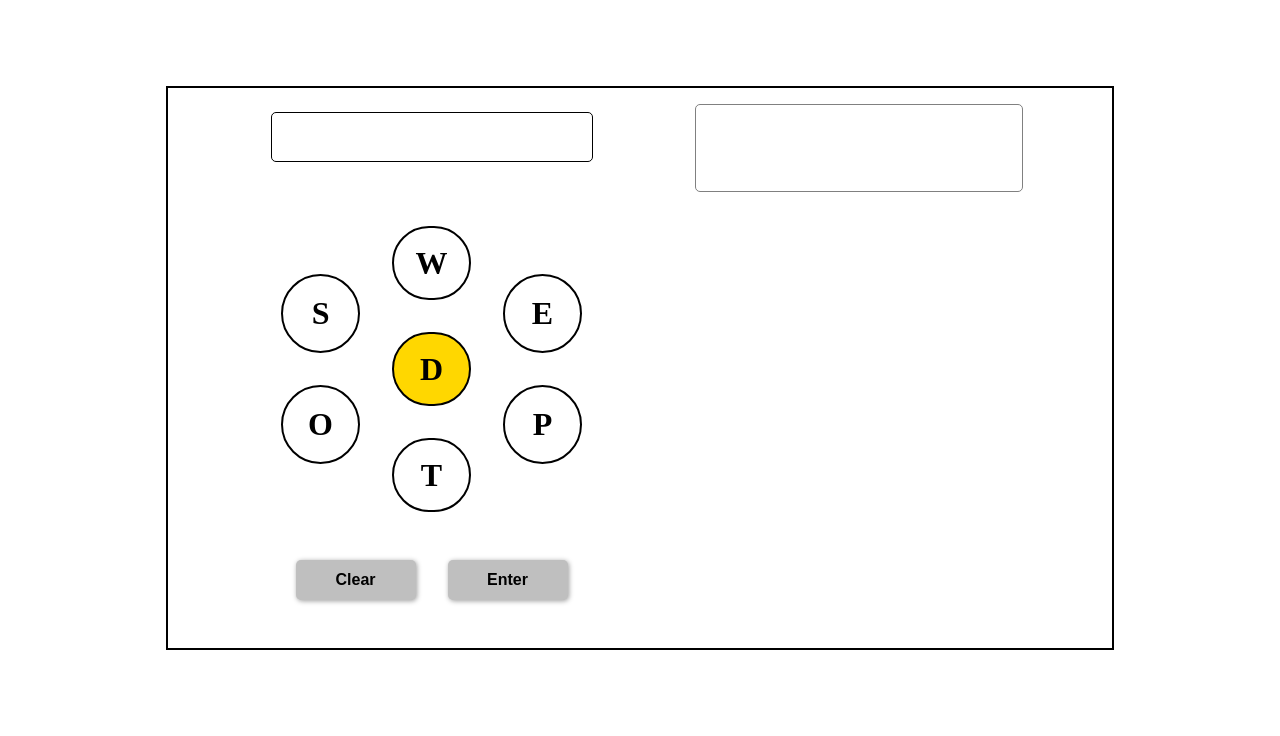
Repository: wellgordon/spelling-bee-clone
Page: /game
These files come from the project's save history. The page is drawn as it stood at one moment and after the next save; the edit follows.
The browser window is 1280 px wide. The pictures show the whole page.
The project was rebuilt for these pictures with package versions that can differ from the ones it lists, and the page was loaded fresh each time. Also part of the build but not shown: src/index.css, src/components/Home.tsx.

Above is the page before, as saved 2022-01-28 18:53:17.

### src/App.tsx
import React from 'react';
import Game from './components/Game';
import { BrowserRouter as Router, Route, Routes } from 'react-router-dom';
import Home from './components/Home';

const App = () => {
  return (
    <Router>
      <Routes>
        <Route path="/" element={<Home />} />
        <Route path="/game" element={<Game />} />
      </Routes>
    </Router>
  );
};

export default App;

### src/components/Game.tsx
import React, { useState } from 'react';
import { words } from '../constants/words';
import GameUI from './GameUI';

const Game = () => {
  const [bufferText, setBufferText] = useState('');
  const [isSpecialLetter, setIsSpecialLetter] = useState(false);
  const [foundWords, setFoundWords] = useState<string[]>([]);

  const handleClick = (e: any) => {
    if (bufferText.length > 10) {
      setBufferText('Too Long!');
      setTimeout(() => {
        setBufferText('');
      }, 500);
    } else {
      setBufferText((prev) => prev + e.target.innerText);
    }
  };

  const handleCenterClick = (e: string) => {
    setIsSpecialLetter(true);
    handleClick(e);
  };

  const handleClear = () => {
    setBufferText('');
  };

  const handleSubmit = () => {
    if (bufferText.length < 4) {
      setBufferText('Too short!');
      setIsSpecialLetter(false);
      setTimeout(() => {
        setBufferText('');
      }, 500);
    } else if (!isSpecialLetter) {
      setBufferText('Need to use letter of the day!');
      setTimeout(() => {
        setBufferText('');
      }, 500);
    } else if (foundWords?.includes(bufferText)) {
      setBufferText('Oops, already got that one!');
      setIsSpecialLetter(false);
      setTimeout(() => {
        setBufferText('');
      }, 500);
    } else {
      if (words.includes(bufferText.toLowerCase())) {
        setFoundWords((prev) => [...prev, bufferText]);
        setIsSpecialLetter(false);
        setBufferText('');
      } else {
        setBufferText('Sorry, not a word...');
        setIsSpecialLetter(false);
        setTimeout(() => {
          setBufferText('');
        }, 500);
      }
    }
  };

  return (
    <GameUI
      handleClick={handleClick}
      handleCenterClick={handleCenterClick}
      bufferText={bufferText}
      handleClear={handleClear}
      handleSubmit={handleSubmit}
      foundWords={foundWords}
    />
  );
};

export default Game;

### src/constants/words.ts
export const words = [
  'depot',
  'depots',
  'despot',
  'dews',
  'does',
  'doest',
  'dope',
  'dopes',
  'dose',
  'dote',
  'dotes',
  'dots',
  'dowse',
  'dowset',
  'odes',
  'opted',
  'opts',
  'owed',
  'owes',
  'peso',
  'pest',
  'pesto',
  'pets',
  'pews',
  'pods',
  'poet',
  'poets',
  'pose',
  'posed',
  'post',
  'posted',
  'pots',
  'sowed',
  'sped',
  'spot',
  'step',
  'stew',
  'stop',
  'stow',
  'stowed',
  'swept',
  'swop',
  'swopt',
  'toed',
  'toes',
  'tops',
  'towed',
  'tows',
  'twos',
  'weds',
  'wept',
  'west',
  'wets',
  'woes',
];

const wordLists = [
  {
    letters: ['D', 'O', 'W', 'A', 'P', 'L', 'K'],
    words: [
      'dawk',
      'walk',
      'pawl',
      'plow',
      'kola',
      'plod',
      'wold',
      'alow',
      'apod',
      'awol',
      'dopa',
      'opal',
      'woad',
      'load',
      'polka',
      'waldo',
      'woald',
    ],
  },
  {
    letters: ['E', 'V', 'L', 'A', 'W', 'R', 'G'],
    words: [
      'gravel',
      'argle',
      'gavel',
      'glare',
      'grave',
      'lager',
      'large',
      'laver',
      'ravel',
      'regal',
      'velar',
      'wager',
      'waler',
      'waver',
      'ager',
      'areg',
      'aver',
      'earl',
      'egal',
      'gale',
      'gave',
      'gear',
      'grew',
      'lave',
      'lear',
      'leva',
      'rage',
      'rale',
      'rave',
      'real',
      'vale',
      'veal',
      'vega',
      'vela',
      'vera',
      'wage',
      'wale',
      'ware',
      'wave',
      'weal',
      'wear',
    ],
  },
];

### src/components/GameUI.tsx
import React, { useState } from 'react';
import Game from './Game';
import {
  MainContainer,
  SubContainer,
  Accordion,
  FoundText,
  TriangleUp,
  TriangleDown,
  InputText,
  SideColumn,
  Circle,
  CenterColumn,
  CenterCircle,
  ButtonContainer,
  Button,
  GameContainer,
  LeftSide,
} from './styled/Styles';

type Props = {
  handleClick: (e: any) => void;
  handleCenterClick: (e: any) => void;
  handleSubmit: () => void;
  handleClear: () => void;
  bufferText?: string;
  foundWords?: string[];
};

const GameUI = ({
  handleClick,
  handleCenterClick,
  bufferText,
  handleSubmit,
  handleClear,
  foundWords,
}: Props) => {
  const [open, setOpen] = useState(false);
  const [accordion, setAccordion] = useState('');

  function toggle() {
    if (open) {
      setOpen(false);
      setAccordion('');
    } else {
      setOpen(true);
      setAccordion('found-word-box');
    }
  }

  return (
    <>
      <MainContainer>
        <SubContainer>
          <LeftSide>
            <InputText>{bufferText}</InputText>
            <GameContainer>
              <SideColumn>
                <Circle onClick={handleClick}>S</Circle>
                <Circle onClick={handleClick}>O</Circle>
              </SideColumn>
              <CenterColumn>
                <Circle onClick={handleClick}>W</Circle>
                <CenterCircle onClick={handleCenterClick}>D</CenterCircle>
                <Circle onClick={handleClick}>T</Circle>
              </CenterColumn>
              <SideColumn>
                <Circle onClick={handleClick}>E</Circle>
                <Circle onClick={handleClick}>P</Circle>
              </SideColumn>
            </GameContainer>
            <ButtonContainer>
              <Button onClick={handleClear}>Clear</Button>
              <Button onClick={handleSubmit}>Enter</Button>
            </ButtonContainer>
          </LeftSide>
          <Accordion className={accordion}>
            {open === false
              ? foundWords
                  ?.filter((word: string, index: number) => index < 5)
                  .map((word: string) => {
                    return <FoundText>{`${word}, `}</FoundText>;
                  })
              : foundWords?.map((word: string) => {
                  return <FoundText>{`${word}, `}</FoundText>;
                })}
          </Accordion>
          {/* <span onClick={toggle}>
            {open === true ? <TriangleUp /> : <TriangleDown />}
          </span> */}
        </SubContainer>
      </MainContainer>
    </>
  );
};

export default GameUI;

### src/components/styled/Styles.ts
import styled from 'styled-components';

export const MainContainer = styled.div`
  height: 100vh;
  width: 75%;
  display: flex;
  margin: 0 auto;
  align-items: center;
  justify-content: center;
`;

export const SubContainer = styled.div`
  display: flex;
  width: 100%;
  align-items: start;
  justify-content: space-evenly;
  flex-flow: row;

  border: 2px solid black;
`;

export const GameContainer = styled.div`
  width: 350px;
  height: 350px;
  display: flex;
  flex-flow: row nowrap;
  justify-content: center;
`;

export const Column = styled.div`
  display: flex;
  flex-flow: column nowrap;
  align-items: center;
  justify-content: space-around;
`;

export const SideColumn = styled(Column)`
  margin: 4rem 0;
`;

export const CenterColumn = styled(Column)`
  margin: 1rem 0;
`;

export const Circle = styled.div`
  width: 75px;
  height: 75px;
  border-radius: 50px;
  border: 2px solid black;
  display: flex;
  align-items: center;
  justify-content: center;
  font-size: 2rem;
  font-weight: bold;
  margin: 1rem;

  &:hover {
    cursor: pointer;
  }
`;

export const CenterCircle = styled(Circle)`
  background: gold;
`;

export const InputText = styled.p`
  margin-bottom: 2rem;
  height: 3rem;
  width: 20rem;
  border: 1px solid black;
  border-radius: 5px;
  font-size: 1.5rem;
  font-weight: bold;
  text-align: center;
`;

export const FoundText = styled.p`
  margin-left: 0.3rem;
`;

export const TriangleDown = styled.div`
  width: 0;
  height: 0;
  border-left: 10px solid transparent;
  border-right: 10px solid transparent;

  border-top: 10px solid black;
  position: relative;
  left: 50%;
  bottom: 100%;

  &:hover {
    cursor: pointer;
    border-top: 10px solid gray;
  }
`;

export const TriangleUp = styled.div`
  width: 0;
  height: 0;
  border-left: 10px solid transparent;
  border-right: 10px solid transparent;

  border-bottom: 10px solid black;
  position: relative;
  left: 50%;
  bottom: 100%;

  &:hover {
    cursor: pointer;
    border-bottom: 10px solid gray;
  }
`;

export const Button = styled.button`
  text-decoration: none;
  background-color: #bfbfbf;
  border: none;
  border-radius: 5px;
  margin: 1rem;
  font-weight: bold;
  font-size: 16px;
  height: 2.5rem;
  width: 7.5rem;
  box-shadow: 1px 1px 5px 0px rgba(156, 156, 156, 156);

  &:hover {
    cursor: pointer;
    background-color: #808080;
  }
`;
export const ButtonContainer = styled.div`
  display: flex;
  flex-flow: row wrap;
  align-items; flex-start;
  justify-content: flex-end;
  margin-bottom: 2rem;
`;

export const Accordion = styled.div`
  height: 5rem;
  width: 20rem;
  padding: 0.2rem;
  margin-top: 1rem;
  display: flex;
  flex-flow: row wrap;
  justify-content: flex-start;
  align-content: flex-start;
  font-weight: bold;
  border: 1px solid gray;
  border-radius: 5px;
`;

export const LeftSide = styled.div`
  display: flex;
  flex-flow: column;
  justify-content: center;
  align-items: center;
`;

Loaded but not shown: public/index.html (common file); src/index.js (common file); src/reportWebVitals.js (common file)

After the next save:
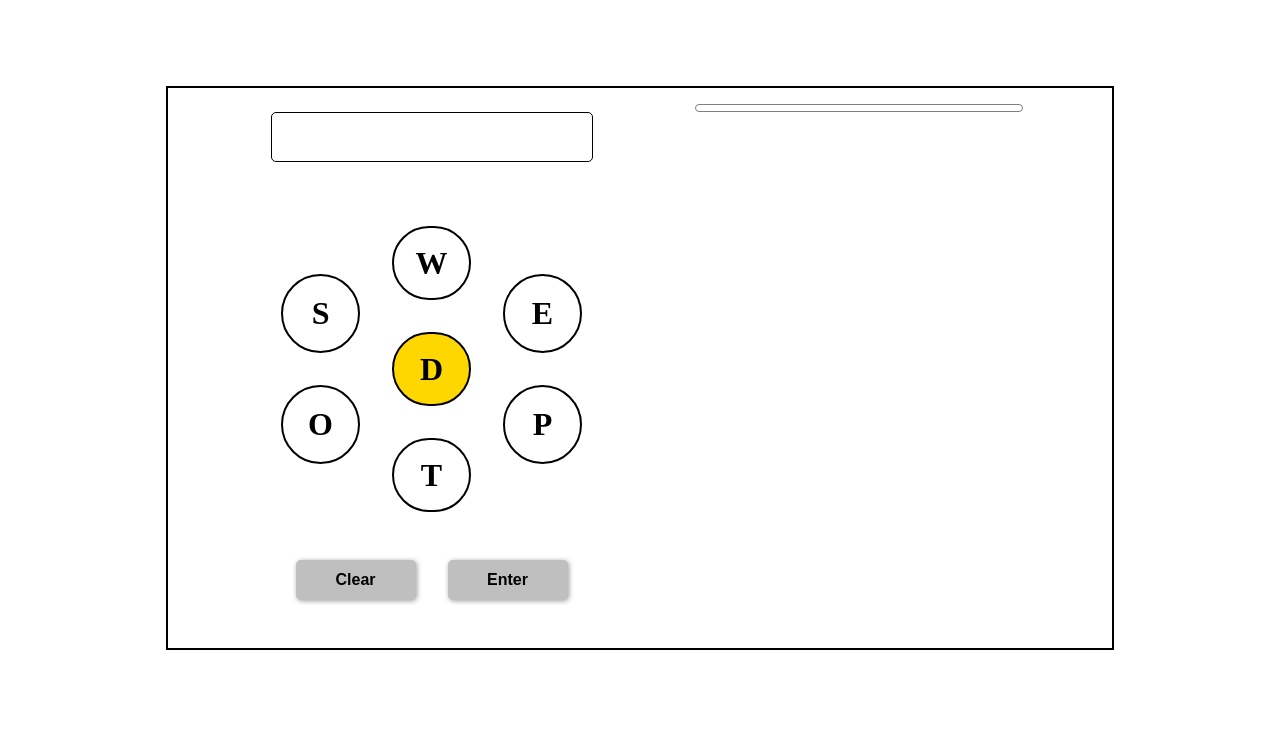
Saved 13 s later.
--- a/src/components/styled/Styles.ts
+++ b/src/components/styled/Styles.ts
@@ -138,7 +138,7 @@ export const ButtonContainer = styled.div`
 `;
 
 export const Accordion = styled.div`
-  height: 5rem;
+  height: 100%;
   width: 20rem;
   padding: 0.2rem;
   margin-top: 1rem;
